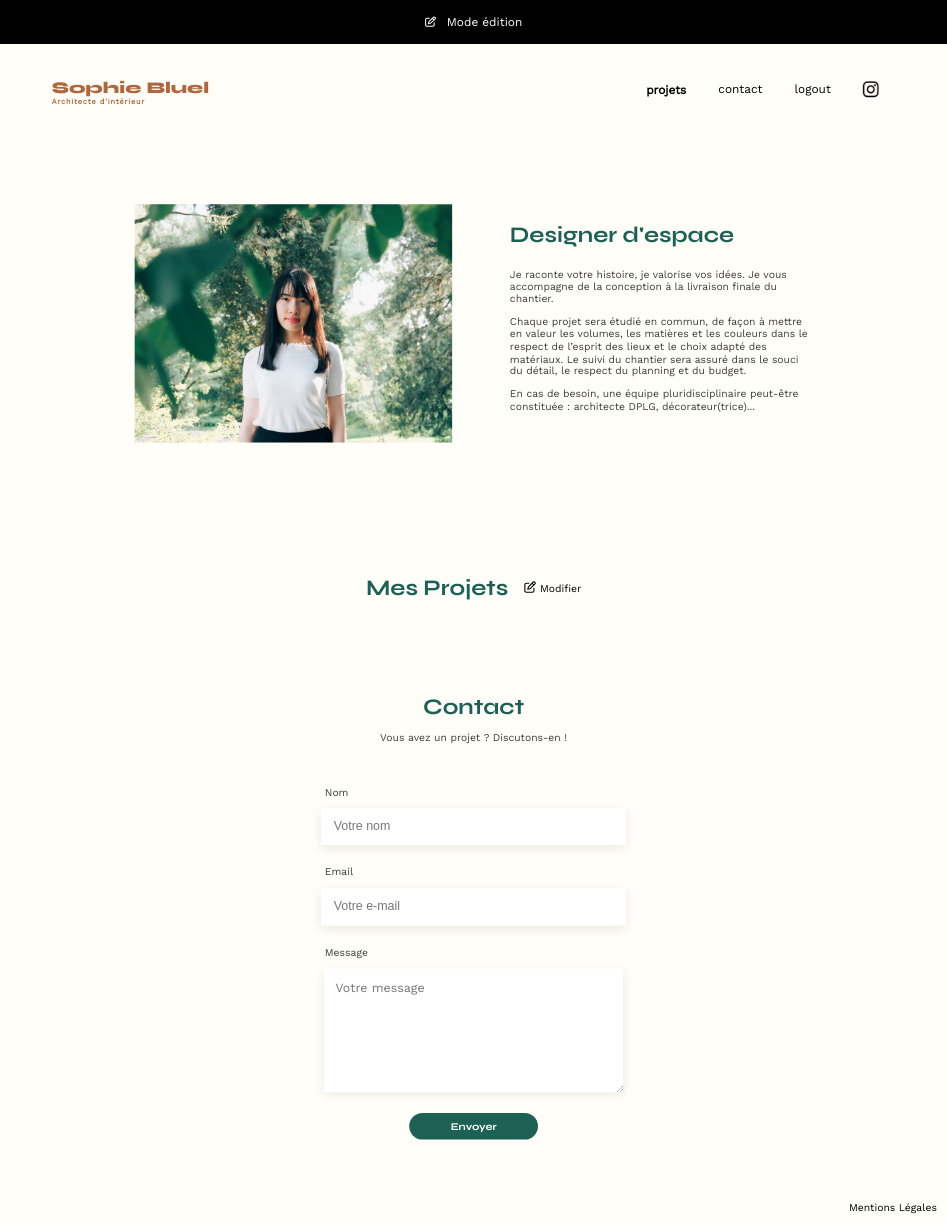
Repository: BlueSoley23/openclassrooms
Page: FrontEnd/index.html
These files come from the project's save history. The page is drawn as it stood at one moment and after the next save; the edit follows.
The browser window is 1280 px wide. The pictures show the whole page, at 74% of full size.
The page's requests for data from a server got no answer.

Above is the page before, as saved 2023-12-21 07:05:50.
Console error: TypeError: categories is not iterable

After the next save:
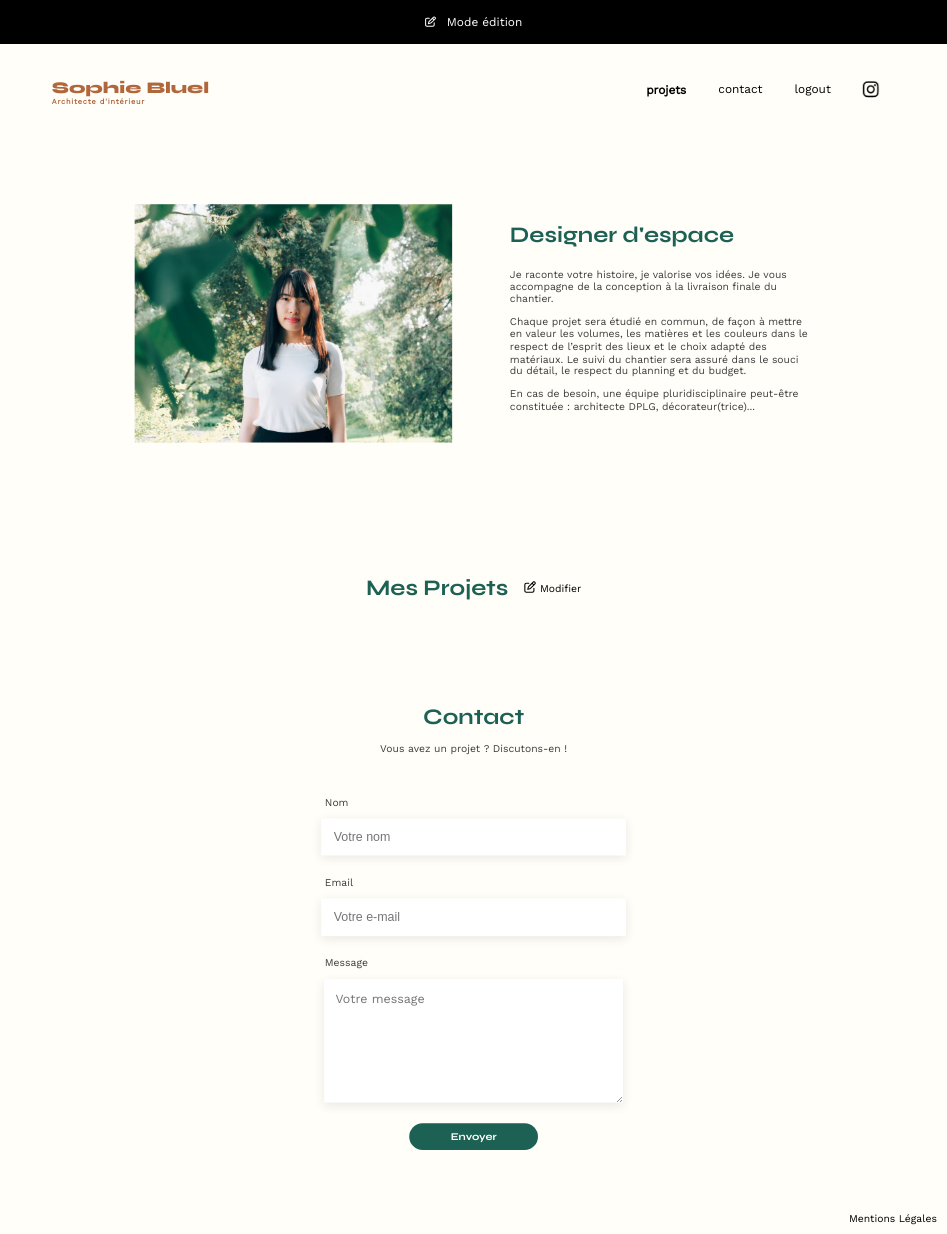
Saved 11 s later.
--- a/FrontEnd/assets/css/style.css
+++ b/FrontEnd/assets/css/style.css
@@ -591,7 +591,7 @@
 		justify-content: center;
 		justify-content: center;
 		align-items: center;
-		margin-bottom: 3em;
+		margin-bottom: 4em;
 	  }
 
 	  .modifier-link__content {
